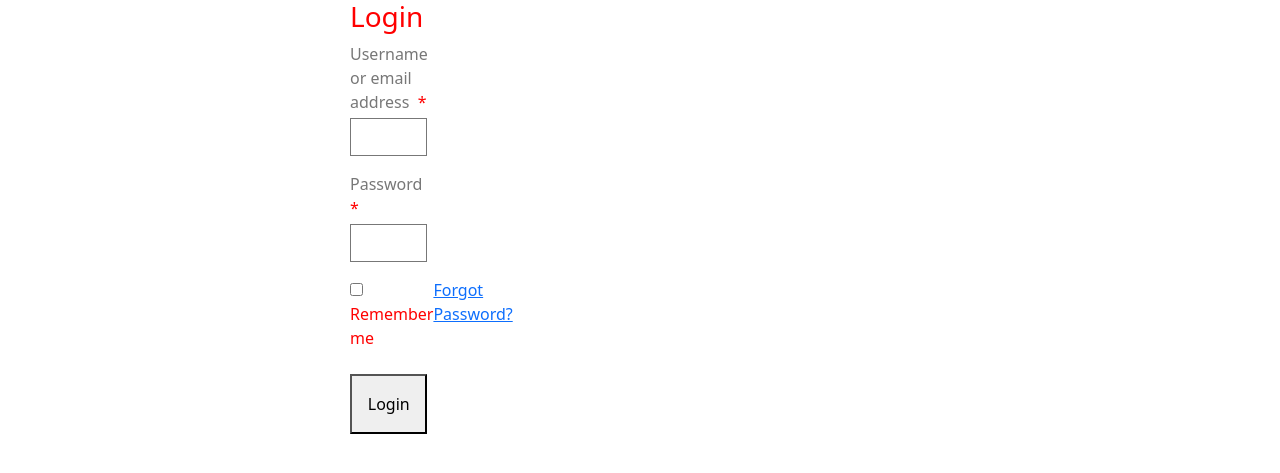
Repository: NguyenDo13/BE2-NhomH
Page: module-20,21/index.html
An editor plug-in stored every save of this project. The page is shown before and after the next save, followed by the edit.
The browser window is 1280 px wide. The pictures show the whole page.

Above is the page before, as saved 2022-05-21 07:34:50.

### module-20,21/index.html
<!DOCTYPE html>
<html lang="en">


<head>
    <meta charset="UTF-8" />
    <meta http-equiv="X-UA-Compatible" content="IE=edge" />
    <meta name="viewport" content="width=device-width, initial-scale=1.0" />
    <link rel="stylesheet" href="index/public/css/style.css" />
    <link rel="stylesheet" href="index/public/css/bootstrap.min.css" />
    <link rel="stylesheet" href="https://cdnjs.cloudflare.com/ajax/libs/font-awesome/6.0.0/css/all.min.css" />
    <title>Document</title>
</head>

<body>
    <div class="maincontainer">
        <div class="remaincontainer">
            <div class="boxcontent">
                <div class="u-columns col2-set">
                    <div class="u-column1 col-1">
                        <form action="" class="formSignin">
                            <h3 class="title-login"> Login </h3>
                            <p class="titleinput-login">
                                <label class="mb-1 font-weight-medium" for="username">Username or email address&nbsp;
                                    <span class="required">*</span>
                                </label>
                                <input type="text" class="input-login" name="username" id="username">
                            </p>
                            <p class="titleinput-login">
                                <label class="mb-1 font-weight-medium" for="password">Password&nbsp;
                                    <span class="required">*</span>
                                </label>
                                <input type="text" class="input-login" name="password" id="password">
                            </p>
                            <div class="Remember-password d-flex flex-column flex-sm-row justify-content-between mb-4">
                                <div class="checkbox-login my-2 my-sm-0">
                                    <input type="checkbox" name="rememberme" id="rememberme" value="forever" class="control-input">
                                    <label class="label-control no-radius" for="rememberme">Remember me</label>
                                </div>
                                <a href="" class="text-v-dark font-weight-semibold">Forgot Password?</a>
                            </div>
                            <p class="form-row mb-3 mb-lg-0 pb-1 pb-lg-0">
                                <input type="hidden" id="login-btn" name="login-btn" value="ca1cd3182f" /><input type="hidden" name="_wp_http_referer" value="/wordpress/porto/shop1/my-account/" />
                                <button type="submit" class="Login-Button button login-btn btn-v-dark py-3 text-md w-100" name="login" value="Login">
                                    Login</button>
                            </p>
                        </form>
                    </div>
                    <div class="u-column2 col-2"></div>
                </div>
            </div>
        </div>
    </div>
</body>

</html>

### module-20,21/index/public/css/style.css
.titleinput-login {
    color: #777777;
}

.input-login {
    border: 1px solid;
    outline: none;
    box-shadow: none;
    text-align: left;
    font-size: 0.85rem;
    vertical-align: middle;
    height: auto;
    width: 100%;
    background-color: #fff;
    color: #777777;
    padding: 8px 12px;
}

.required {
    color: red;
    cursor: default;
    border: none;
}

.u-columns {
    color: red !important;
    padding-left: 350px;
}

body {}

Loaded but not shown: module-20,21/index/public/css/bootstrap.min.css (library)

After the next save:
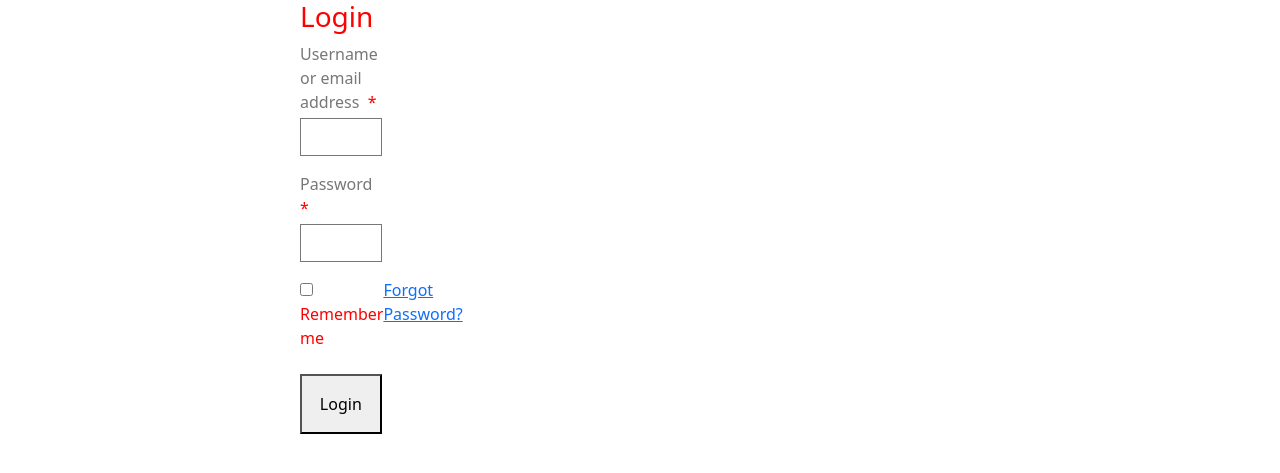
Saved 7 s later.
--- a/module-20,21/index/public/css/style.css
+++ b/module-20,21/index/public/css/style.css
@@ -24,7 +24,7 @@
 
 .u-columns {
     color: red !important;
-    padding-left: 350px;
+    padding-left: 300px;
 }
 
 body {}
